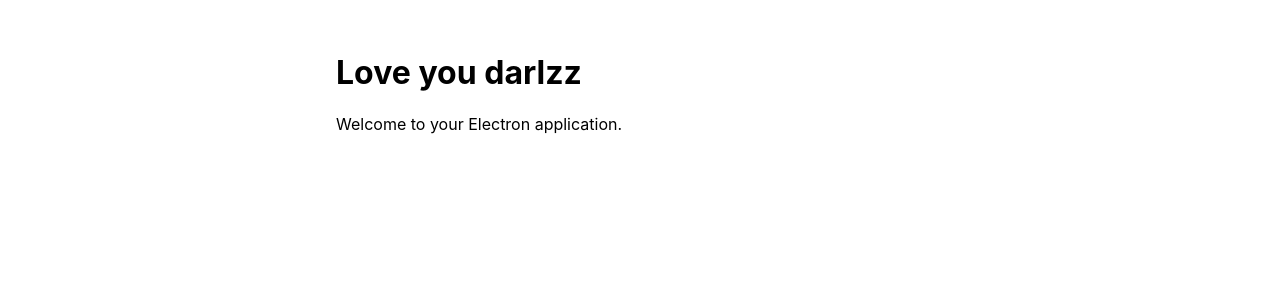
Repository: iamevs/calculator-electron-js
Page: src/index.html
An editor plug-in stored every save of this project. The page is shown before and after the next save, followed by the edit.
The browser window is 1280 px wide. The pictures show the whole page.

Above is the page before, as saved 2022-10-16 20:26:46.

After the next save:
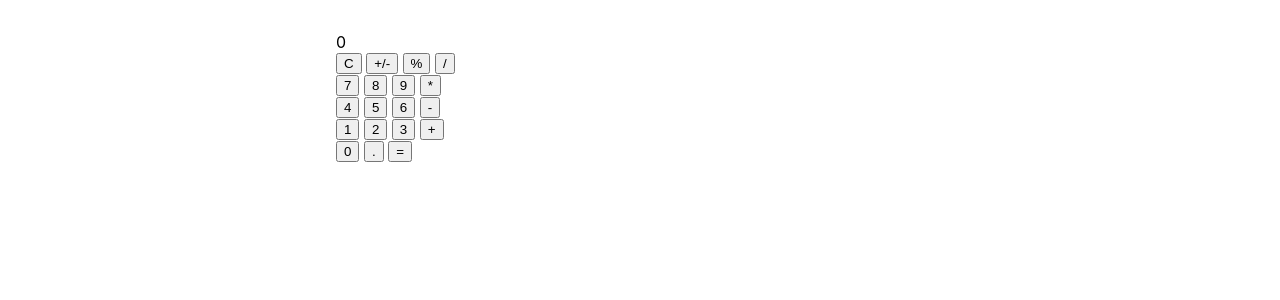
Saved 112 s later.
--- a/src/index.html
+++ b/src/index.html
@@ -6,7 +6,42 @@
     <link rel="stylesheet" href="index.css" />
   </head>
   <body>
-    <h1>Love you darlzz</h1>
-    <p>Welcome to your Electron application.</p>
+    <!-- design a calculator -->
+    <div class="calculator">
+      <div class="display">
+        <div class="display__input">0</div>
+      </div>
+      <div class="buttons">
+        <div class="buttons__row">
+          <button class="button button--clear">C</button>
+          <button class="button button--sign">+/-</button>
+          <button class="button button--percent">%</button>
+          <button class="button button--divide">/</button>
+        </div>
+        <div class="buttons__row">
+          <button class="button button--number">7</button>
+          <button class="button button--number">8</button>
+          <button class="button button--number">9</button>
+          <button class="button button--multiply">*</button>
+        </div>
+        <div class="buttons__row">
+          <button class="button button--number">4</button>
+          <button class="button button--number">5</button>
+          <button class="button button--number">6</button>
+          <button class="button button--subtract">-</button>
+        </div>
+        <div class="buttons__row">
+          <button class="button button--number">1</button>
+          <button class="button button--number">2</button>
+          <button class="button button--number">3</button>
+          <button class="button button--add">+</button>
+        </div>
+        <div class="buttons__row">
+          <button class="button button--number">0</button>
+          <button class="button button--decimal">.</button>
+          <button class="button button--equals">=</button>
+        </div>
+      </div>
+    </div>
   </body>
 </html>
